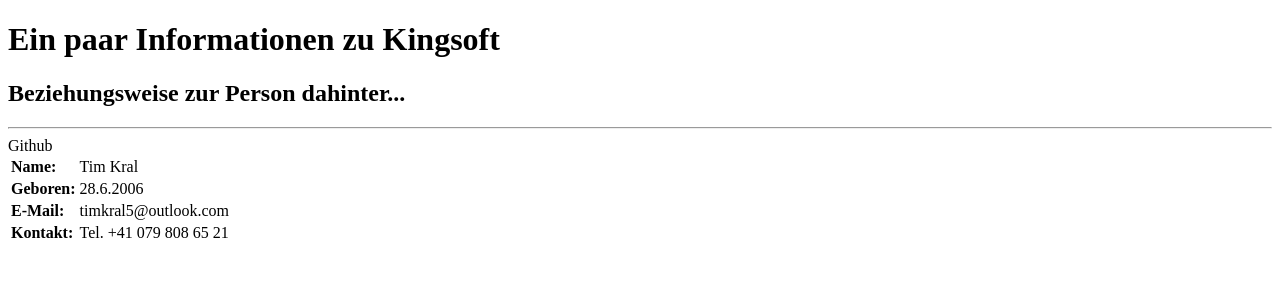
Repository: TimKral5/WikiPage
Page: Homepage/pages/about/about.htm
These files come from the project's save history. The page is drawn as it stood at one moment and after the next save; the edit follows.
The browser window is 1280 px wide. The pictures show the whole page.

Above is the page before, as saved 2022-11-10 23:06:55.

### Homepage/pages/about/about.htm
<!DOCTYPE html>
<html lang="en">

<head>
    <meta charset="UTF-8">
    <meta http-equiv="X-UA-Compatible" content="IE=edge">
    <meta name="viewport" content="width=device-width, initial-scale=1.0">
    <title>Test</title>

    <link rel="stylesheet" href="style.css">
</head>

<body>
    <h1>Ein paar Informationen zu Kingsoft</h1>
    <h2>Beziehungsweise zur Person dahinter...</h2>
    <hr>
    <table>
        <tr>
            <td><b>Name:</b></td>
            <td>Tim Kral</td>
        </tr>
        <tr>
            <td><b>Geboren:</b></td>
            <td>28.6.2006</td>
        </tr>
        <tr>
            <td><b>E-Mail:</b></td>
            <td>timkral5@outlook.com</td>
        </tr>
        <tr>
            <td><b>Kontakt:</b></td>
            <td>Tel. +41 079 808 65 21</td>
        </tr>
        Github
    </table>
</body>

</html>

### Homepage/pages/about/style.css
table {
    font-size: 16px;
}

After the next save:
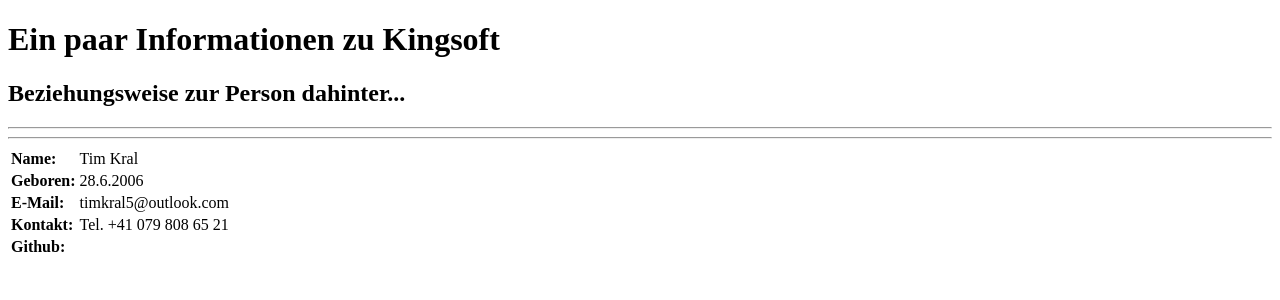
Saved 20 s later.
--- a/Homepage/pages/about/about.htm
+++ b/Homepage/pages/about/about.htm
@@ -31,7 +31,10 @@
             <td><b>Kontakt:</b></td>
             <td>Tel. +41 079 808 65 21</td>
         </tr>
-        Github
+        <hr>
+        <tr>
+            <td><b>Github:</b></td>
+        </tr>
     </table>
 </body>
 
